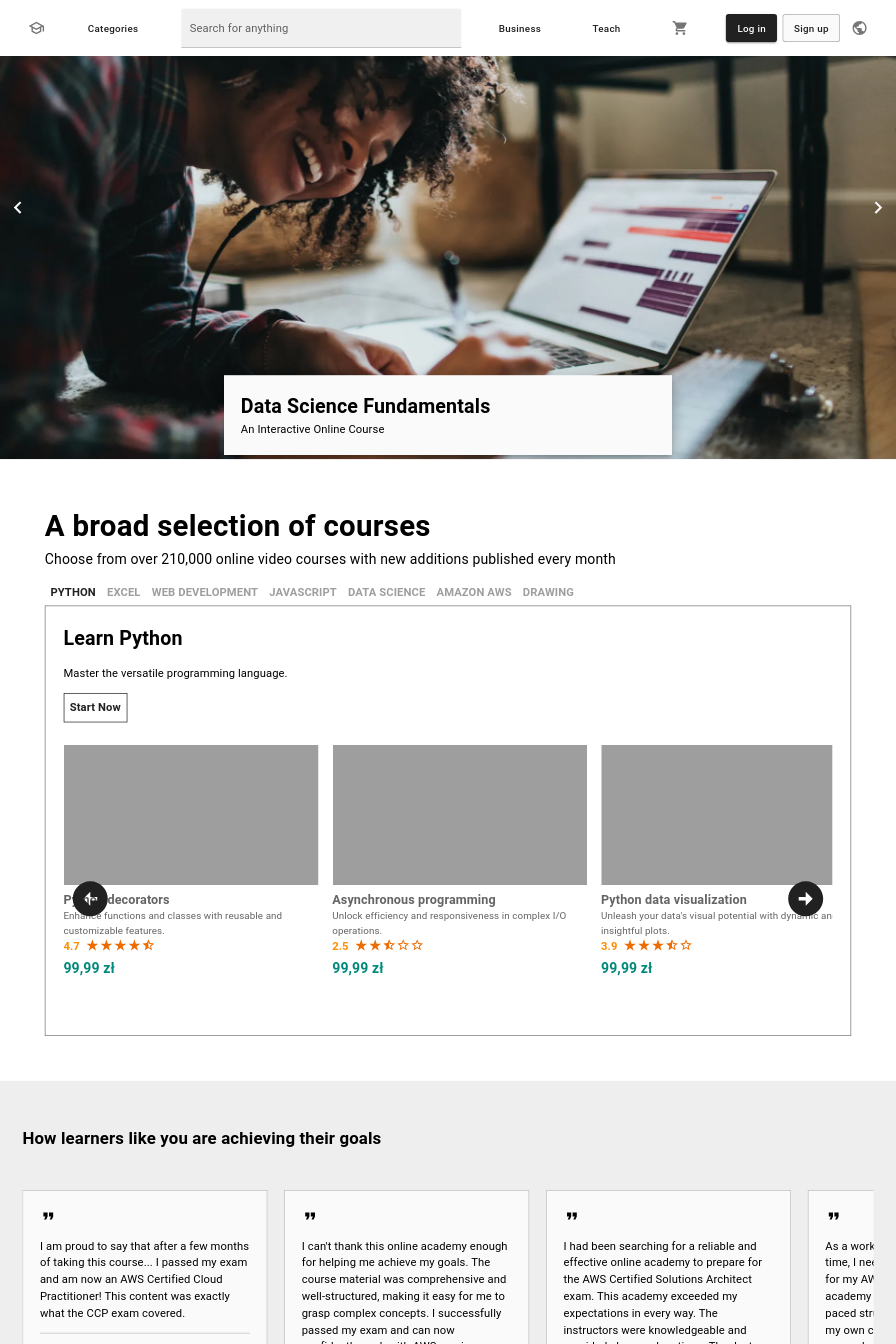
Repository: princ3-web/academy
Page: /
The author's editor kept a copy of each file at every save. The page is drawn from the files as they stood at one save, then again after the next save.
The browser window is 1280 px wide. The pictures show the part of the page from y = 0 to 1920 px (the page is 5458 px tall), at 70% of full size.
Pictures or frames that could not be fetched are drawn as grey boxes. The project was rebuilt for these pictures with package versions that can differ from the ones it lists, and the page was loaded fresh each time. Also part of the build but not shown: vite.config.js, src/pages/Courses.jsx, src/pages/Business.jsx, src/pages/Teach.jsx.

Above is the page before, as saved 2023-07-12 16:38:48.

### src/main.jsx
import React from "react";
import ReactDOM from "react-dom/client";
import App from "./App.jsx";
import "./index.css";
import { BrowserRouter } from "react-router-dom";


ReactDOM.createRoot(document.getElementById("root")).render(
  <React.StrictMode>
      <BrowserRouter>
        <App />
      </BrowserRouter>
  </React.StrictMode>
);

### src/App.jsx
import { useState } from "react";
import "./css/App.module.css";
import { Route, Routes } from "react-router-dom";
import Home from "./pages/Home";
import Courses from "./pages/Courses";
import Business from "./pages/Business";
import Teach from "./pages/Teach";
import Navbar from "./components/Navbar";
import Bottombar from "./components/Bottombar";
import { ThemeProvider, createTheme } from "@mui/material/styles";

const theme = createTheme({
  palette: {
    primary: {
      main: "rgba(100, 100, 100, 1)",
      light: "rgba(240, 240, 240, 1)",
      dark: "rgba(15, 15, 15, 1)",
    },
  },
});

function App() {
  return (
    <>
      <ThemeProvider theme={theme}>
        <Navbar />
        <Routes>
          <Route path="/" element={<Home />} />
          <Route path="/Courses" element={<Courses />} />
          <Route path="/Business" element={<Business />} />
          <Route path="/Teach" element={<Teach />} />
        </Routes>
        <Bottombar />
      </ThemeProvider>
    </>
  );
}

export default App;

### src/css/App.module.css
  @import url('https://fonts.googleapis.com/css2?family=Lato&display=swap');

  body{
    font-family: 'Lato', sans-serif;
    margin: 0;
    padding: 0;
    overflow-x: hidden;
  }

### src/components/Navbar.jsx
import React from "react";
import navbarStyles from "../css/Navbar.module.css";
import Button from "@mui/material/Button";
import IconButton from "@mui/material/IconButton";
import ShoppingCartIcon from "@mui/icons-material/ShoppingCart";
import PublicOutlinedIcon from "@mui/icons-material/PublicOutlined";
import SchoolOutlinedIcon from "@mui/icons-material/SchoolOutlined";
import { TextField, Box, Hidden } from "@mui/material";
import { grey } from "@mui/material/colors";
import MobileDrawer from "./MobileDrawer";

const Navbar = () => {
  return (
    <Box className={navbarStyles.navbar} px={4}>
      <MobileDrawer />
      <IconButton>
        <SchoolOutlinedIcon />
      </IconButton>
      <Hidden lgDown>
        <Button variant="text" sx={{ color: grey[900], textTransform: "none", mr: 1 }}>
          Categories
        </Button>
      </Hidden>
      <Hidden lgDown>
        <TextField
          id="standard-basic"
          label="Search for anything"
          variant="filled"
          sx={{ width: "400px" }}
        />
      </Hidden>
      <Hidden lgDown>
        <Button variant="text" sx={{ color: grey[900], textTransform: "none", mr: 1 }}>
          Business
        </Button>
        <Button variant="text" sx={{ color: grey[900], textTransform: "none", mr: 1 }}>
          Teach
        </Button>
      </Hidden>
      <IconButton>
        <ShoppingCartIcon />
      </IconButton>
      <Hidden lgDown>
        <div className={navbarStyles.buttons}>
          <Button
            variant="contained"
            sx={{ backgroundColor: grey[900], textTransform: "none", mr: 1 }}
          >
            Log in
          </Button>
          <Button
            variant="outlined"
            sx={{ backgroundColor: grey[50], textTransform: "none", color: grey[900], mr: 1 }}
          >
            Sign up
          </Button>
          <IconButton>
            <PublicOutlinedIcon />
          </IconButton>
        </div>
      </Hidden>
    </Box>
  );
};

export default Navbar;

### src/components/Bottombar.jsx
import React from "react";
import { Box } from "@mui/material";
import { grey } from "@mui/material/colors";
import { links } from "../data/links";
import { Typography } from "@mui/material";
import SchoolOutlinedIcon from "@mui/icons-material/SchoolOutlined";

const Bottombar = () => {
  return (
    <Box position={"relative"} px={4} py={4} height={"200px"} sx={{ backgroundColor: grey[900] }}>
      <Box sx={{ columnCount: 3, width: "50%" }}>
        <Box display={"flex"} flexDirection={"column"} flexWrap={"wrap"}>
          {links.map((item) => (
            <Typography color={grey[200]}>{item}</Typography>
          ))}
        </Box>
      </Box>
      <Box position={"absolute"} color={grey[200]} sx={{ left: 32, bottom: 15 }}>
        <SchoolOutlinedIcon />
      </Box>
      <Typography position={"absolute"} color={grey[200]} sx={{ right: 32, bottom: 15 }}>
        Academy© 2023
      </Typography>
    </Box>
  );
};

export default Bottombar;

### src/components/SingleCarousel.jsx
import React, { useState, useEffect } from "react";
import singleCarouselStyles from "../css/SingleCarousel.module.css";
import Image from "../components/Image";
import KeyboardArrowLeftIcon from "@mui/icons-material/KeyboardArrowLeft";
import KeyboardArrowRightIcon from "@mui/icons-material/KeyboardArrowRight";
import IconButton from "@mui/material/IconButton";
import Box from "@mui/material/Box";
import { grey } from "@mui/material/colors";
import Typography from "@mui/material/Typography";

const SingleCarousel = ({ images }) => {
  const [index, setIndex] = useState(0);
  const [transition, setTransition] = useState(false);
  const [hover, setHover] = useState(false);

  useEffect(() => {
    const interval = setInterval(() => {
      if (!hover) {
        setIndex((state) => (state === images.length - 1 ? 0 : state + 1));
      }
    }, 6000);

    return () => {
      clearInterval(interval);
    };
  }, [hover]);

  const handlePrevious = () => {
    if (!transition) {
      setTransition(true);
      setIndex((state) => (state > 0 ? setIndex(state - 1) : setIndex(images.length - 1)));
      setTimeout(() => setTransition(false), 500);
    }
  };

  const handleNext = () => {
    if (!transition) {
      setTransition(true);
      setIndex((state) => (state < images.length - 1 ? setIndex(state + 1) : setIndex(0)));
      setTimeout(() => setTransition(false), 500);
    }
  };

  return (
    <Box
      className={singleCarouselStyles.slider}
      height={"80vh"}
      sx={{ position: "relative", overflow: "hidden" }}
    >
      {images.map((item, n) => (
        <Box
          sx={{
            position: "absolute",
            justifyContent: "center",
            alignContent: "center",
            width: "100%",
            height: "80vh",
            transition: "0.5s",
            filter: n === index ? "Opacity(1)" : "Opacity(0)",
          }}
        >
          <Image
            src={item.image}
            height={"80vh"}
            objectFit={"cover"}
          />
          <Box
            p={3}
            sx={{
              position: "absolute",
              bottom: "1%",
              left: "25%",
              zIndex: 1,
              boxShadow: 10,
              width: "50%",
              boxSizing:"border-box",
              backgroundColor: grey[50],
            }}
          >
            <Typography fontSize={28} fontWeight={600}>
              {item.name}
            </Typography>
            <Typography fontSize={16}>{item.description}</Typography>
          </Box>
        </Box>
      ))}
      <div className={singleCarouselStyles.arrows}>
        <IconButton
          onClick={handlePrevious}
          onMouseOver={() => setHover(true)}
          onMouseLeave={() => setHover(false)}
        >
          <KeyboardArrowLeftIcon
            fontSize="large"
            style={{ color: grey[50] }}
            className={singleCarouselStyles.arrow}
          />
        </IconButton>
        <IconButton
          onClick={handleNext}
          onMouseOver={() => setHover(true)}
          onMouseLeave={() => setHover(false)}
        >
          <KeyboardArrowRightIcon
            fontSize="large"
            style={{ color: grey[50] }}
            className={singleCarouselStyles.arrow}
          />
        </IconButton>
      </div>
    </Box>
  );
};

export default SingleCarousel;

### src/data/testimonials.jsx
export const testimonials = [
  {
    name: "J. Wills",
    text: "I am proud to say that after a few months of taking this course... I passed my exam and am now an AWS Certified Cloud Practitioner! This content was exactly what the CCP exam covered.",
  },
  {
    name: "L. Thompson",
    text: "I can't thank this online academy enough for helping me achieve my goals. The course material was comprehensive and well-structured, making it easy for me to grasp complex concepts. I successfully passed my exam and can now confidently work with AWS services.",
  },
  {
    name: "A. Rodriguez",
    text: "I had been searching for a reliable and effective online academy to prepare for the AWS Certified Solutions Architect exam. This academy exceeded my expectations in every way. The instructors were knowledgeable and provided clear explanations. Thanks to their guidance, I cleared the exam with flying colors!",
  },
  {
    name: "S. Patel",
    text: "As a working professional with limited time, I needed a flexible learning option for my AWS certification. This online academy provided exactly that. The self-paced structure allowed me to study at my own convenience, and the practice exams helped me assess my progress. I'm thrilled to have earned my AWS Certified Developer certification.",
  },
  {
    name: "E. Thompson",
    text: "I highly recommend this online academy to anyone aspiring to become an AWS Certified SysOps Administrator. The course materials were comprehensive, and the hands-on labs provided valuable practical experience. The instructors were responsive to questions, ensuring a supportive learning environment. I'm proud to have achieved my certification!",
  },
  {
    name: "M. Adams",
    text: "Enrolling in this online academy was the best decision I made to advance my career in cloud computing. The instructors' expertise and teaching style made complex AWS topics easy to understand. The interactive learning platform and engaging videos kept me motivated throughout the course. I'm now an AWS Certified Solutions Architect and couldn't be happier!",
  },
];

### src/data/images.jsx
import image0 from "../assets/images/image0.webp";
import image1 from "../assets/images/image1.webp";
import image2 from "../assets/images/image2.webp";
import image3 from "../assets/images/image3.webp";
import image4 from "../assets/images/image4.webp";
import image5 from "../assets/images/image5.webp";

export const images = [
    {
      name: "Mastering Web Development",
      description: "A Comprehensive Online Guide",
      image: image0,
    },
    {
      name: "Data Science Fundamentals",
      description: "An Interactive Online Course",
      image: image1,
    },
    {
      name: "Cybersecurity Essentials",
      description: "Online Training for Secure Networks",
      image: image2,
    },
    {
      name: "Mobile App Development",
      description: "Learn to Build for iOS and Android Online",
      image: image3,
    },
    {
      name: "Cloud Computing Mastery",
      description: "Online Course for AWS, Azure, and Google Cloud",
      image: image4,
    },
    {
      name: "Artificial Intelligence and Machine Learning",
      description: "Online Training for Future Innovators",
      image: image5,
    },
  ];

### src/data/categories.jsx
import business from "../assets/icons/business.png";
import photography from "../assets/icons/photography.png";
import development from "../assets/icons/development.png";
import marketing from "../assets/icons/marketing.png";
import design from "../assets/icons/design.png";
import music from "../assets/icons/music.png";
import personalDevelopment from "../assets/icons/personalDevelopment.png";
import software from "../assets/icons/software.png";

export const categories = [
  {
    name: "Design",
    icon: design,
    students: 387521,
    array: ["Photoshop", "Graphic Design", "Drawing"],
  },
  {
    name: "Development",
    icon: development,
    students: 908734,
    array: ["Python", "Web Development", "Machine learning"],
  },
  {
    name: "Marketing",
    icon: marketing,
    students: 621042,
    array: ["PR", "Branding", "Online marketing"],
  },
  {
    name: "IT and Software",
    icon: software,
    students: 451293,
    array: ["Amazon AWS", "Ethical Hacking", "Cyber Security"],
  },
  {
    name: "Personal Development",
    icon: personalDevelopment,
    students: 743985,
    array: ["Leadership", "Happiness", "Creativity"],
  },
  {
    name: "Business",
    icon: business,
    students: 589723,
    array: ["Financial Analysis", "SQL", "PMP"],
  },
  {
    name: "Photography",
    icon: photography,
    students: 324567,
    array: ["Portrait photography", "Landscape photography", "Video photography"],
  },
  {
    name: "Music",
    icon: music,
    students: 870234,
    array: ["Instruments", "Vocal", "Music production"],
  },
];

### src/components/TestimonialCard.jsx
import React from "react";
import { Box, Typography } from "@mui/material";
import { grey } from "@mui/material/colors";
import FormatQuoteIcon from "@mui/icons-material/FormatQuote";

const TestimonialCard = ({ width, name, text }) => {
  return (
    <Box sx={{ width: width, backgroundColor: grey[50], border: "1px solid" + grey[400] }} p={3} my={3} mr={3}>
      <FormatQuoteIcon />
      <Typography fontSize={16} mt={2}>
        {text}
      </Typography>
      <Box my={2} sx={{ borderTop: "1px solid" + grey[400] }}></Box>
      <Typography fontSize={18} fontWeight={600}>
        {name}
      </Typography>
    </Box>
  );
};

TestimonialCard.defaultProps = {
  width: 300,
};

export default TestimonialCard;

### src/components/Image.jsx
import React from "react";
import image from "../assets/icons/image.png";
import { Box } from "@mui/material";

const Image = ({width, height, src, objectFit }) => (
  <Box>
    <img src={src} style={{ objectFit: objectFit, height: height, width: width }} alt="" />
  </Box>
);

Image.defaultProps = {
  src: image,
  objectFit: "cover",
  width: "100%",
  height: "100%",
};

export default Image;

### src/components/OpinionCard.jsx
import { Typography } from "@mui/material";
import React from "react";
import AccountCircleIcon from "@mui/icons-material/AccountCircle";
import { Box } from "@mui/material";
import FormatQuoteIcon from "@mui/icons-material/FormatQuote";
import Button from "@mui/material/Button";
import { green, grey } from "@mui/material/colors";
import faceFemale from "../assets/icons/faceFemale.png";
import faceMale from "../assets/icons/faceMale.png";
import Image from "./Image";

const OpinionCard = ({ name, text, role, gender, workplace }) => {
  return (
    <Box display={"flex"} justifyContent={"space-between"} width={"60vw"} px={4}>
      <Box
        width={"50%"}
        display={"flex"}
        flexDirection={"column"}
        alignItems={"flex-start"}
        justifyContent={"space-between"}
      >
        <FormatQuoteIcon />
        <Typography>{text}</Typography>
        <Button>
          <Typography color={grey[900]}>Read full story</Typography>
        </Button>
      </Box>
      <Box
        width={"50%"}
        display={"flex"}
        flexDirection={"column"}
        alignItems={"center"}
        justifyContent={"center"}
      >
        <Box borderRadius={"100%"} overflow={"hidden"}>
          <Image src={gender === "female" ? faceFemale : faceMale} width={150} />
        </Box>
        <Typography fontSize={20} fontWeight={600}>
          {name}
        </Typography>
        <Typography color={grey[600]}> {role}</Typography>
        <Typography>{workplace}</Typography>
      </Box>
    </Box>
  );
};

export default OpinionCard;

### src/data/opinions.jsx
export const opinions = [
  {
    name: "Jane Hemgen",
    gender: "female",
    role: "Principal",
    workplace: "TechLink Industries",
    text: "Thanks to Academy Business, TechLink Industries has armed our workforce with highly relevant and in-demand tech skills, enabling consultants to stay ahead of big data trends and meet client demand.",
  },
  {
    name: "Michael Reynolds",
    gender: "male",
    role: "Software Engineer",
    workplace: "InnovateTech Solutions",
    text: "Academy Business has been a game-changer for our engineering teams at InnovateTech Solutions. The platform offers a vast array of courses covering the latest technologies, allowing our engineers to upskill and deliver innovative solutions.",
  },
  {
    name: "Emily Thompson",
    gender: "female",
    role: "Marketing Manager",
    workplace: "Globex Corporation",
    text: "Academy Business has been instrumental in upskilling our marketing team at Globex Corporation. The courses on digital marketing strategies and analytics have helped us stay ahead in a highly competitive industry.",
  },
  {
    name: "David Ramirez",
    gender: "male",
    role: "Product Manager",
    workplace: "InnovaTech",
    text: "Academy Business has become our go-to platform for professional development at InnovaTech. The courses on agile methodologies and product management have empowered our teams to deliver high-quality software products.",
  },
  {
    name: "Sophia Chen",
    gender: "female",
    role: "Data Analyst",
    workplace: "DataTech Solutions",
    text: "As a data analyst at DataTech Solutions, I rely on Academy Business to stay updated with the latest data analysis techniques and tools. The platform's courses have helped me enhance my skills and make more informed data-driven decisions.",
  },
  {
    name: "Daniel Lee",
    gender: "male",
    role: "UX Designer",
    workplace: "PixelWave Technologies",
    text: "Academy Business has been a valuable resource for our UX design team at PixelWave Technologies. The platform offers a wide range of courses on user research, interaction design, and prototyping tools, allowing our designers to deliver exceptional user experiences.",
  },
];

### src/css/Navbar.module.css
.navbar {
  display: flex;
  align-items: center;
  justify-content: space-between;
  box-sizing: border-box;
  background-color: var(--gray-50);
  height: 5rem;
  width: 100%;
}


.buttons {
  display: flex;
}

### src/components/MobileDrawer.jsx
import React, { useState } from "react";
import { Box, Drawer, List, ListItem, ListItemIcon, ListItemText, Hidden } from "@mui/material";
import MenuIcon from "@mui/icons-material/Menu";

const MobileDrawer = () => {
  const [isDrawerOpen, setIsDrawerOpen] = useState(false);

  const handleDrawerToggle = () => {
    setIsDrawerOpen(!isDrawerOpen);
  };

  return (
    <Hidden smUp>
      <Box>
        <button onClick={handleDrawerToggle}>
          <MenuIcon />
        </button>
        <Drawer anchor="left" open={isDrawerOpen} onClose={handleDrawerToggle}>
          <List>
            <ListItem button>
              <ListItemIcon>{/* Add icon here */}</ListItemIcon>
              <ListItemText primary="Item 1" />
            </ListItem>
          </List>
        </Drawer>
      </Box>
    </Hidden>
  );
};

export default MobileDrawer;

### src/data/links.jsx
export const links = [
    "Academy Business",
    "Teach on Academy",
    "Get the app",
    "About us",
    "Contact us",
    "Careers",
    "Blog",
    "Help and Support",
    "Affiliate",
    "Investors",
    "Terms",
    "Privacy policy",
    "Sitemap",
    "Accessibility statement"
]

### src/css/SingleCarousel.module.css

.arrows {
  position: absolute;
  display: flex;
  justify-content: space-between;
  align-items: center;
  align-self: center;
  position: absolute;
  z-index: 100;
  width: 100%;
  height: 60vh;
  left: 0%;
  top: 0%;
}

.arrow {
  cursor: pointer;
}

### src/components/StarRating.jsx
import React from "react";
import StarOutlineIcon from "@mui/icons-material/StarOutline";
import StarRateIcon from "@mui/icons-material/StarRate";
import StarHalfIcon from "@mui/icons-material/StarHalf";

const StarRating = ({ rating }) => {
  const stars = [];

  // Create an array of five stars
  for (let i = 1; i <= 5; i++) {
    let starIcon;
    if (i <= rating) {
      starIcon = <StarRateIcon color="warning" fontSize="small" />;
    } else if (i - rating <= 0.5) {
      starIcon = <StarHalfIcon color="warning" fontSize="small" />;
    } else {
      starIcon = <StarOutlineIcon color="warning" fontSize="small" />;
    }

    stars.push(starIcon);
  }

  return <div>{stars}</div>;
};

export default StarRating;

### src/components/CourseCardTooltip.jsx
import React, { useRef } from "react";
import { Box } from "@mui/material";
import { grey, teal } from "@mui/material/colors";
import { Typography } from "@mui/material";

const CourseCardTooltip = ({ display, placement, title, text }) => {
  return (
    <Box
      width={250}
      position={"absolute"}
      display={display}
      border={"1px solid" + grey[600]}
      sx={{ backgroundColor: grey[50], boxShadow: 3 }}
      right={"5%"}
      top={0}
      zIndex={1}
      p={2}
    >
      <Typography fontSize={24} fontWeight={600} mb={1}>
        {title}
      </Typography>
      <Typography fontSize={12} fontWeight={600} color={teal[600]}>
        Updated February 2023
      </Typography>
      <Typography fontSize={14} color={grey[600]}>
        9.5 total hours · All Levels · Subtitles
      </Typography>
      <Typography fontSize={16} my={1}>
        {text}
      </Typography>
    </Box>
  );
};

export default CourseCardTooltip;

Loaded but not shown: index.html (common file); src/pages/Home.jsx (207 lines, source omitted); src/data/courses.jsx (185 lines, source omitted); src/components/MultipleCarousel.jsx (105 lines, source omitted); src/components/CourseCard.jsx (75 lines, source omitted); src/index.css (no stored copy; drawn as an empty file)

After the next save:
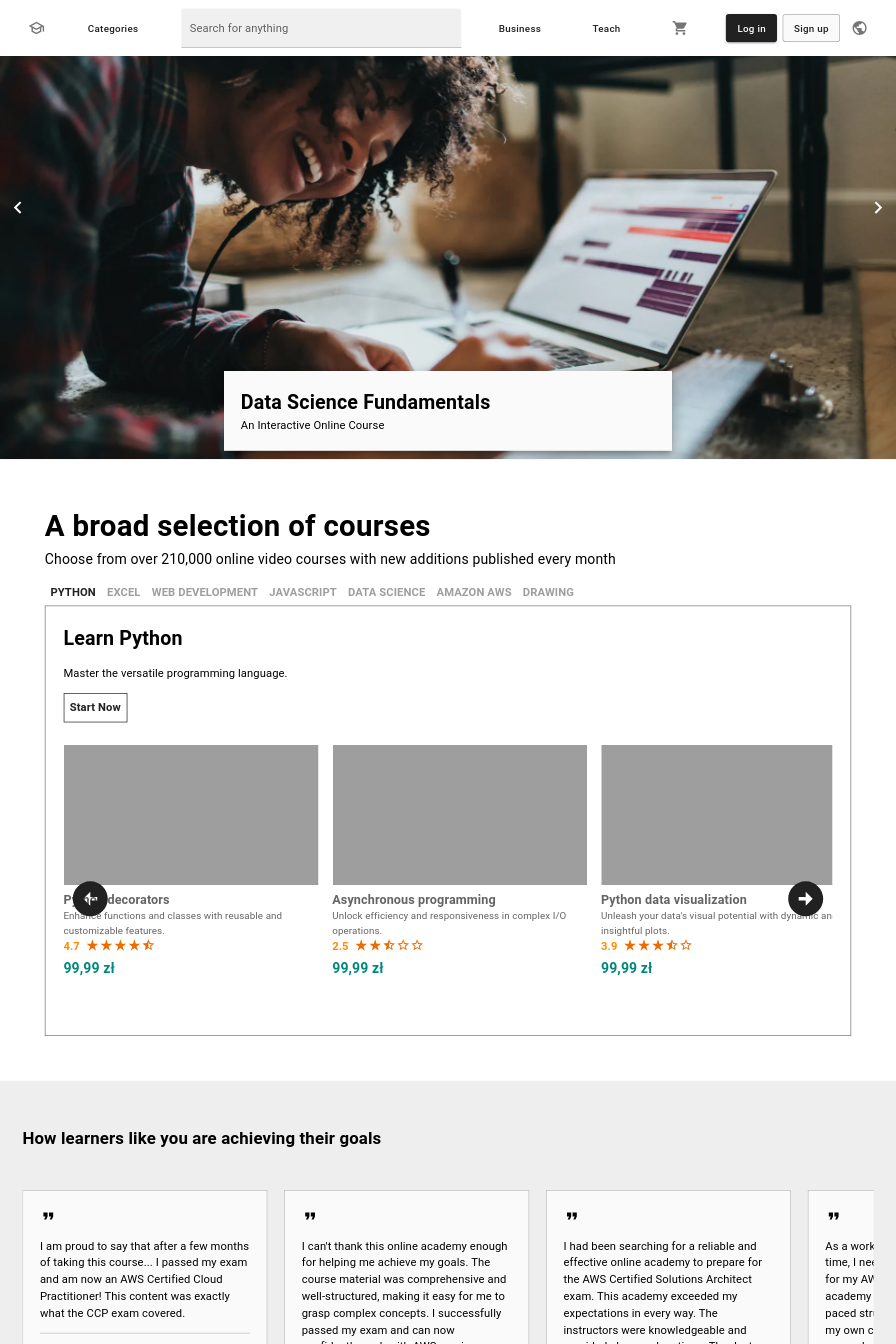
Saved 5 s later.
--- a/src/components/SingleCarousel.jsx
+++ b/src/components/SingleCarousel.jsx
@@ -68,7 +68,7 @@
             p={3}
             sx={{
               position: "absolute",
-              bottom: "1%",
+              bottom: "2%",
               left: "25%",
               zIndex: 1,
               boxShadow: 10,
